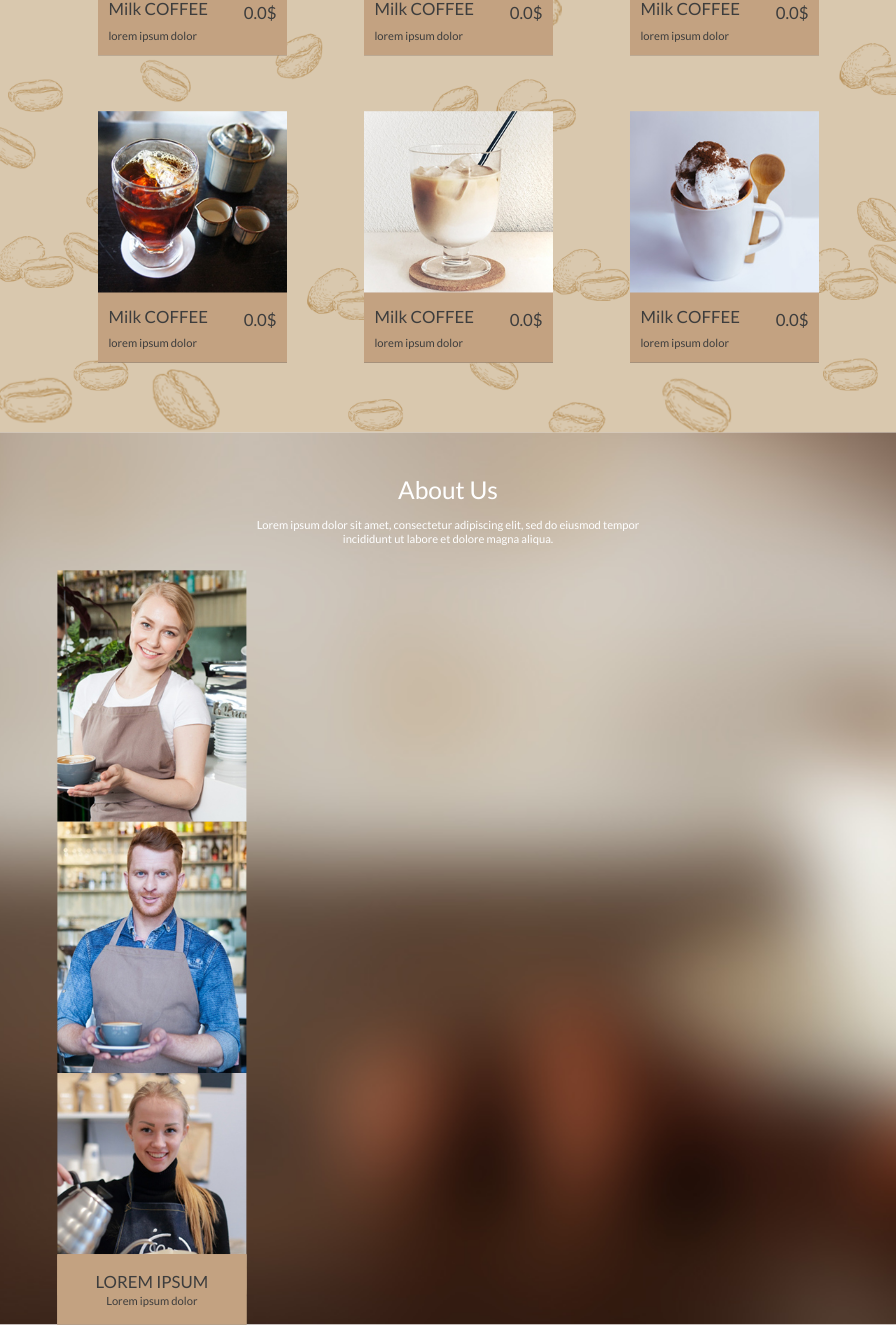
Repository: kuluong2000/coffe
Page: index.html
The author's editor kept a copy of each file at every save. The page is drawn from the files as they stood at one save, then again after the next save.
The browser window is 1280 px wide. The pictures show the part of the page from y = 1737 to 3657 px (the page is 3657 px tall before and 2955 px after), at 70% of full size.

Above is the page before, as saved 2021-10-04 22:42:29.

After the next save:
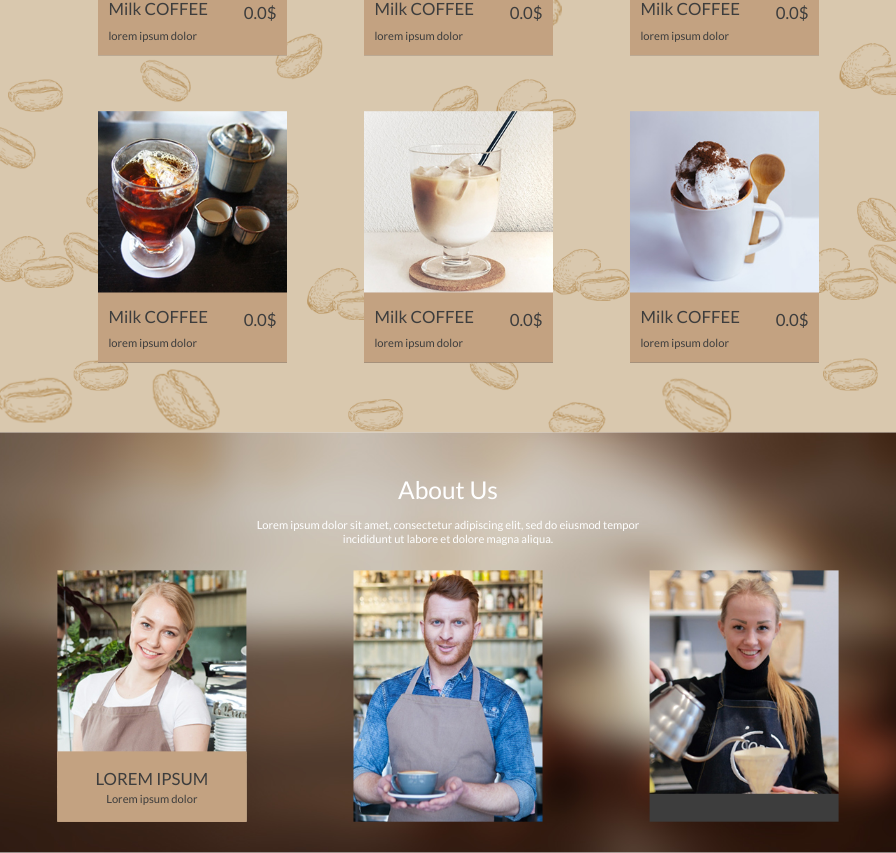
Saved 24 s later.
--- a/Assets/css/style.css
+++ b/Assets/css/style.css
@@ -227,6 +227,9 @@ body{
 }
 .about-list{
     position: relative;
+    display:flex;
+    justify-content: space-between;
+    align-items: center;
 }
 .about-item{
     width: 270px;
